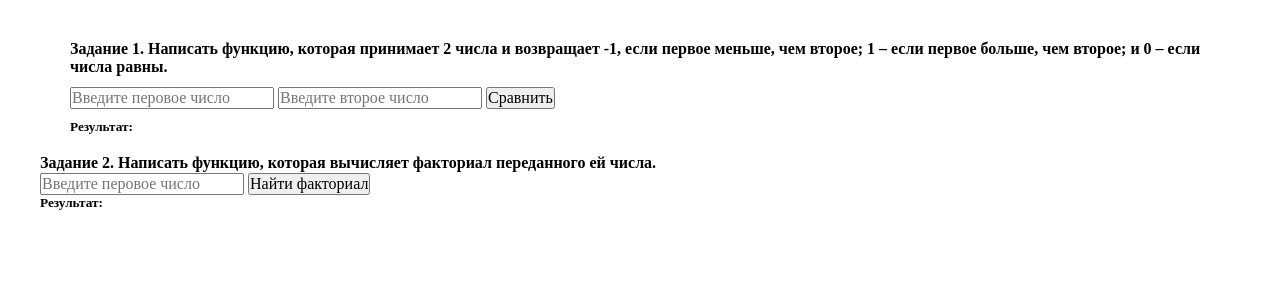
Repository: NastyaGavrilova/Beetroot-js
Page: HW3/index.html
The author's editor kept a copy of each file at every save. The page is drawn from the files as they stood at one save, then again after the next save.
The browser window is 1280 px wide. The pictures show the whole page.

Above is the page before, as saved 2021-10-18 14:22:16.

After the next save:
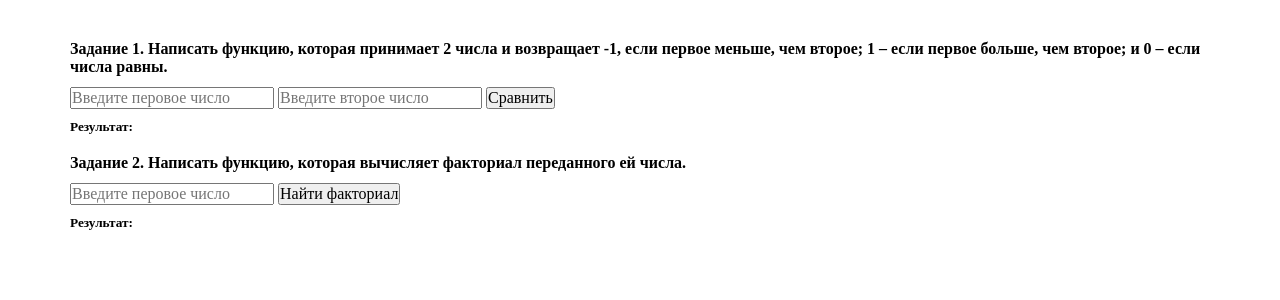
Saved 99 s later.
--- a/HW3/index.css
+++ b/HW3/index.css
@@ -18,3 +18,13 @@ body {
 .c-task-one__form {
   margin-bottom: 10px;
 }
+
+.c-task-two {
+  padding: 0 30px 20px 30px;
+}
+.c-task-two__title {
+  margin-bottom: 10px;
+}
+.c-task-two__form {
+  margin-bottom: 10px;
+}
